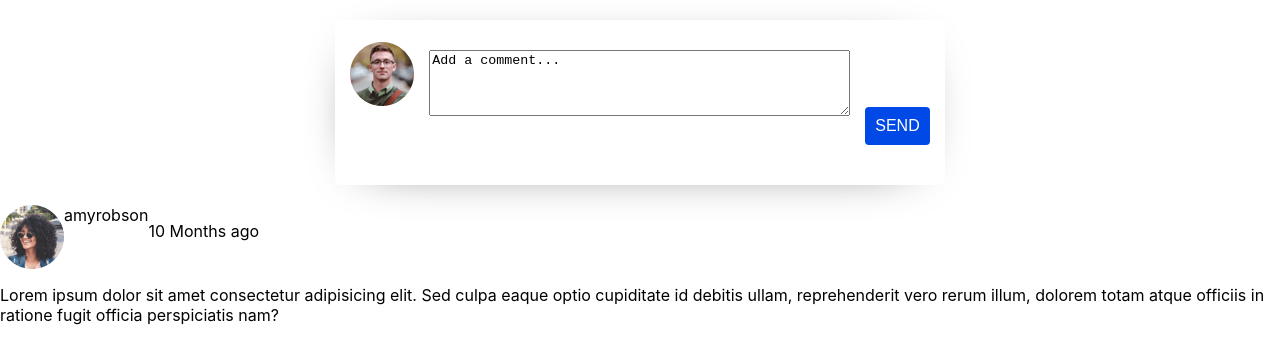
Repository: badhon252/interactive-comments-section
Page: /
An editor plug-in stored every save of this project. The page is shown before and after the next save, followed by the edit.
The browser window is 1280 px wide. The pictures show the whole page.
The project was rebuilt for these pictures with package versions that can differ from the ones it lists, and the page was loaded fresh each time.

Above is the page before, as saved 2022-01-27 21:57:21.

### public/index.html
<!DOCTYPE html>
<html lang="en">

<head>
  <meta charset="utf-8" />
  <link rel="icon" href="%PUBLIC_URL%/favicon.ico" />
  <meta name="viewport" content="width=device-width, initial-scale=1" />
  <meta name="theme-color" content="#000000" />
  <meta name="description" content="Web site created using create-react-app" />
  <link rel="apple-touch-icon" href="%PUBLIC_URL%/logo192.png" />

  <link rel="manifest" href="%PUBLIC_URL%/manifest.json" />

  <title>interactive-comments-section</title>
</head>

<body>
  <noscript>You need to enable JavaScript to run this app.</noscript>
  <div id="root"></div>

</body>

</html>

### src/App.js
import WriteComments from "./components/WriteComments";
// import WriteComments from "./components/WriteComments";

function App() {
  return (
    <div className="App">
      <WriteComments />
    </div>
  );
}

export default App;

### src/components/WriteComments.js
import React from "react";
import "../App.css";
import Avatar from "../images/avatars/image-juliusomo.png";
import Comments from "./Comments";
export default function WriteComments() {
  return (
    <div className="main-div">
      <div className="comment ">
        <form action="" className="comment-section shadow">
          <img src={Avatar} alt="images" className="my-img" />
          <textarea name="" id="" rows="4" cols="50">
            Add a comment...
          </textarea>
          <button className="submit-btn">SEND</button>
        </form>{" "}
      </div>
      <Comments />
    </div>
  );
}

### src/App.css
.main-div {
  /* width: 40rem; */
  margin: auto;
}
.comment {
  display: flex;
  justify-content: center;
  align-items: flex-start;
}
.comment-section {
  padding: 15px;
  margin: 20px;
  border-radius: 7px;
}

.submit-btn {
  background-color: rgb(0, 73, 231);
  color: white;
  border: none;
  border-radius: 4px;
  font-size: 1rem;
  padding: 10px;
  margin-bottom: 25px;
}

.my-img {
  max-width: 80%;
  margin-bottom: 25px;
}
textarea {
  margin: 15px;
}

.shadow {
  box-shadow: -3px 7px 54px -36px rgba(0, 0, 0, 1);
  -webkit-box-shadow: -3px 7px 54px -36px rgba(0, 0, 0, 1);
  -moz-box-shadow: -3px 7px 54px -36px rgba(0, 0, 0, 1);
}

/* single comment section ==== */
.profile-info {
  display: flex;
}

### src/components/Comments.js
import React from "react";
import avartar from "../images/avatars/image-amyrobson.png";
const Comments = () => {
  return (
    <div>
      <div className="profile-info">
        <img src={avartar} alt="" />
        <span>amyrobson</span>
        <p className="time">10 Months ago</p>
      </div>

      <p className="single-comment">
        Lorem ipsum dolor sit amet consectetur adipisicing elit. Sed culpa eaque
        optio cupiditate id debitis ullam, reprehenderit vero rerum illum,
        dolorem totam atque officiis in ratione fugit officia perspiciatis nam?
      </p>
    </div>
  );
};

export default Comments;

Loaded but not shown: src/index.js (common file); src/index.css (common file); src/reportWebVitals.js (common file)

After the next save:
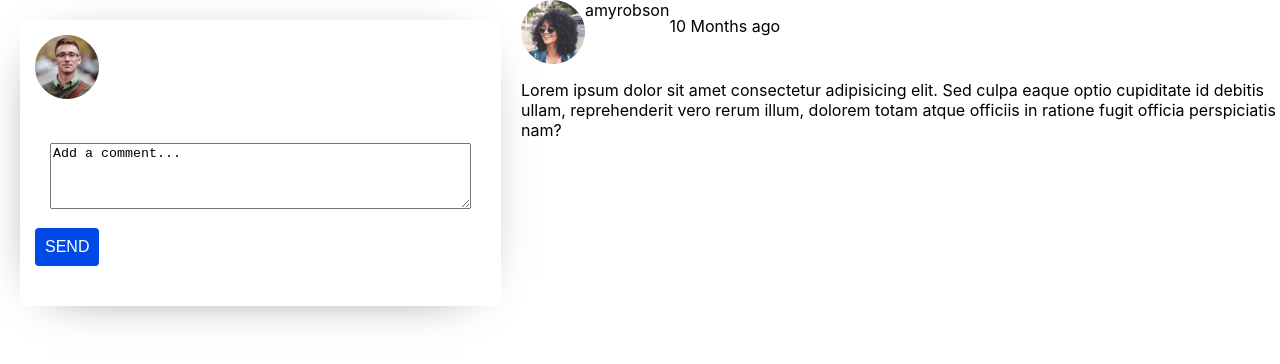
Saved 45 s later.
--- a/src/components/WriteComments.js
+++ b/src/components/WriteComments.js
@@ -13,8 +13,8 @@
           </textarea>
           <button className="submit-btn">SEND</button>
         </form>{" "}
+        <Comments />
       </div>
-      <Comments />
     </div>
   );
 }

After the save that followed:
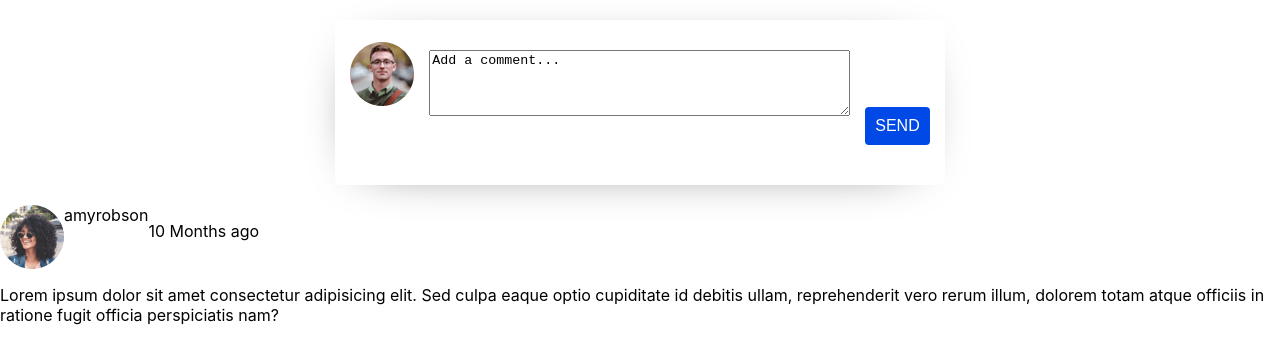
Saved 12 s later.
--- a/src/components/WriteComments.js
+++ b/src/components/WriteComments.js
@@ -13,8 +13,8 @@
           </textarea>
           <button className="submit-btn">SEND</button>
         </form>{" "}
-        <Comments />
       </div>
+      <Comments />
     </div>
   );
 }
